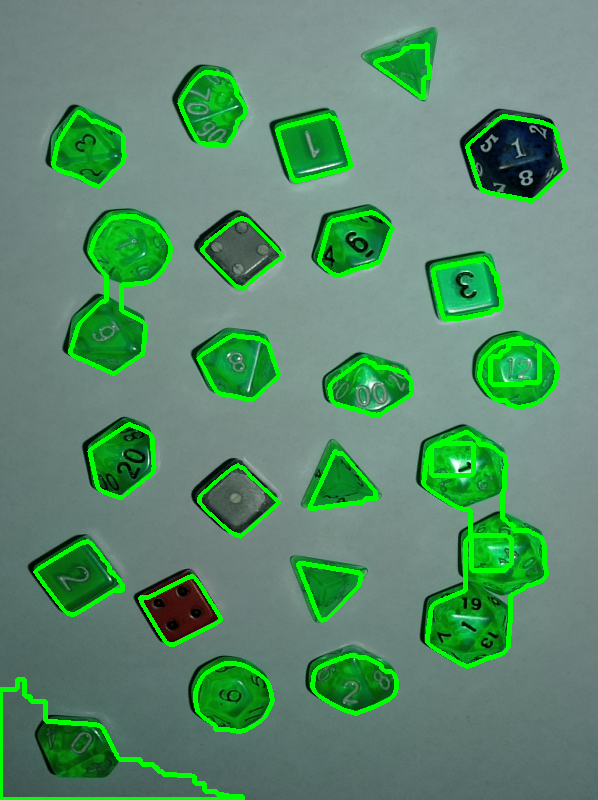
Repository: kaiofbgarcia/OpenCV
Script's output: python dados.py
These files come from the project's save history. The script's output is drawn as it stood at one moment and after the next save; the edit follows.
Random numbers start from a fixed seed. It also reads Dados/imgDados/dados4.jpg.

Above is the script's output before, as saved 2022-06-28 20:21:59.

After the next save:
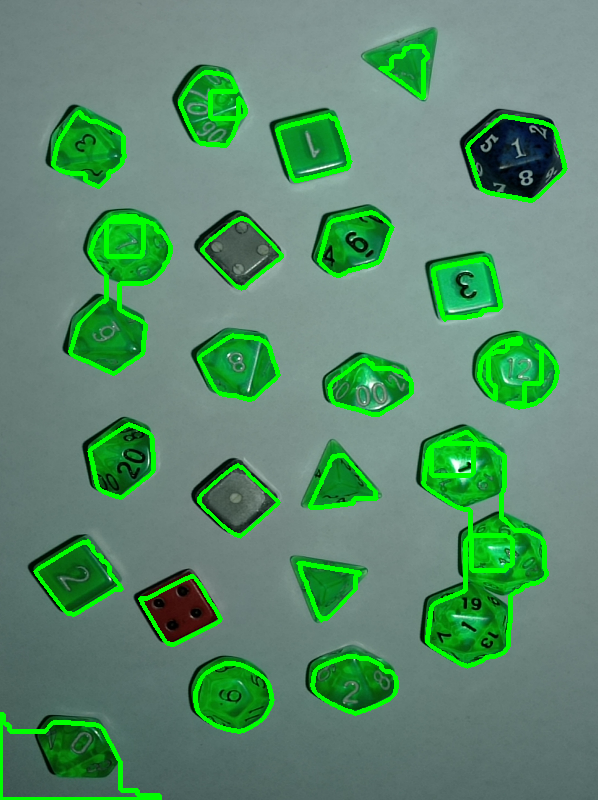
Saved 19 s later.
--- a/dados.py
+++ b/dados.py
@@ -9,7 +9,7 @@ res = cv2.resize(imagem, dsize=( 598, 800), interpolation=cv2.INTER_CUBIC) # Red
 gray = cv2.cvtColor(res, cv2.COLOR_BGR2GRAY)     # GrayScale
 blur = cv2.blur(gray,(1,1))                       # Blur ###############
 
-ret,binary = cv2.threshold(gray , 90 ,255, cv2.THRESH_BINARY)         # Binarização ################
+ret,binary = cv2.threshold(gray , 85 ,255, cv2.THRESH_BINARY)         # Binarização ################
 ret1,binary1 = cv2.threshold(binary,127,255,cv2.THRESH_BINARY_INV)   # Inverter a Binarização
 
 kernel = np.ones((6,6), np.uint8)
